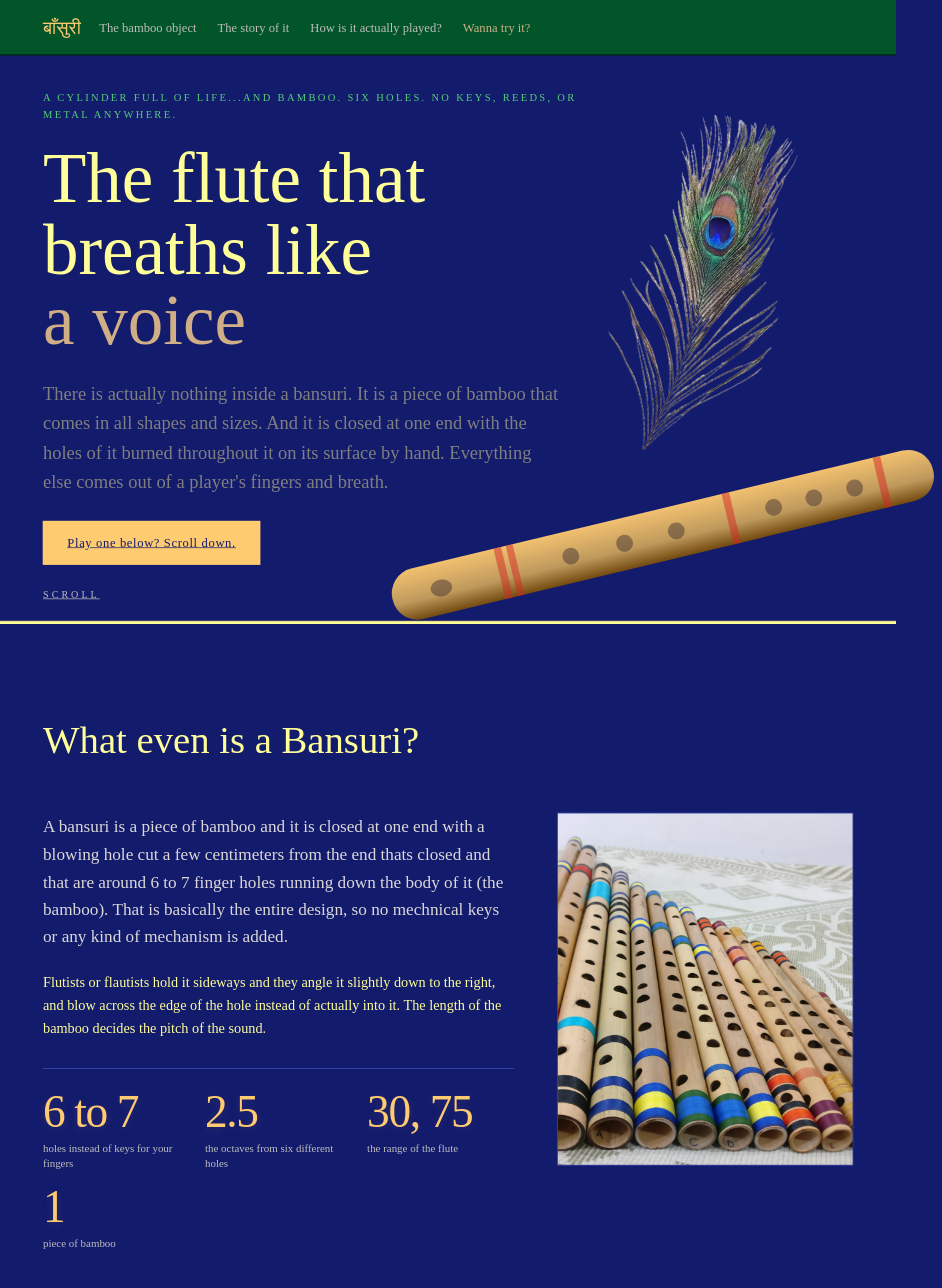
Repository: manayparikh1/Bansi
Page: index.html
An editor plug-in stored every save of this project. The page is shown before and after the next save, followed by the edit.
The browser window is 1280 px wide. The page is 1346 px wide, so the pictures cover 1346 px, including what lies to the right of the window. The pictures show the part of the page from y = 0 to 1840 px (the page is 7185 px tall before and 7214 px after), at 70% of full size.

Above is the page before, as saved 2026-10-12 11:46:23.

After the next save:
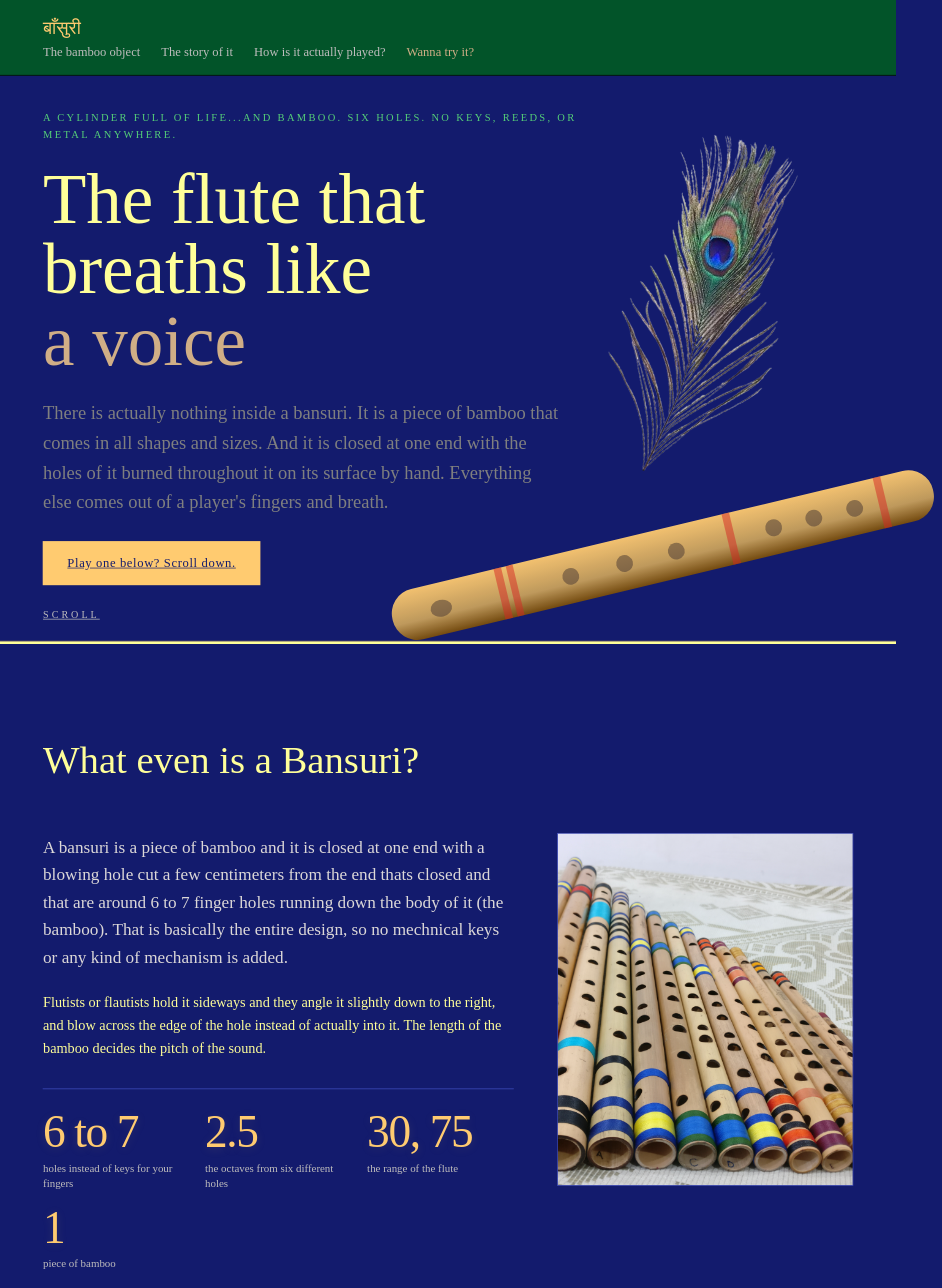
Saved 93 s later.
--- a/style.css
+++ b/style.css
@@ -73,8 +73,7 @@
 /*-- Nav --*/
 .bar {
     top: 0;
-    z-index: 30;
-    display: flex;
+
     align-items: center;
     gap: 22px;
     border-bottom: 1px solid #000000;

After the 3 saves that followed:
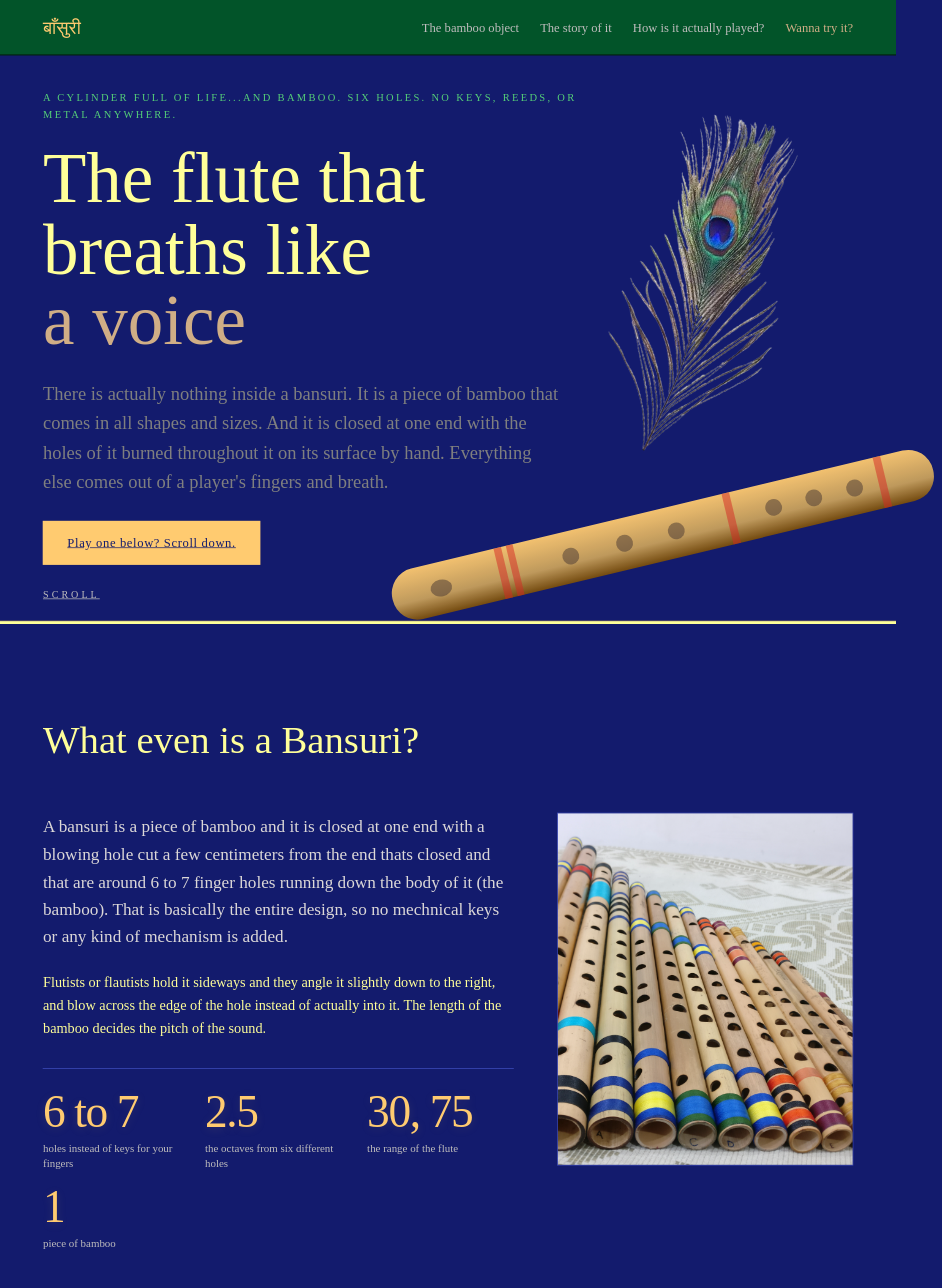
The 3 saves are shown as one change because 2 left the picture as it was.
The last was saved 30 s later.
--- a/style.css
+++ b/style.css
@@ -73,7 +73,9 @@
 /*-- Nav --*/
 .bar {
     top: 0;
-
+    z-index: 30;
+    display: flex;
+    justify-content: space-between;
     align-items: center;
     gap: 22px;
     border-bottom: 1px solid #000000;
